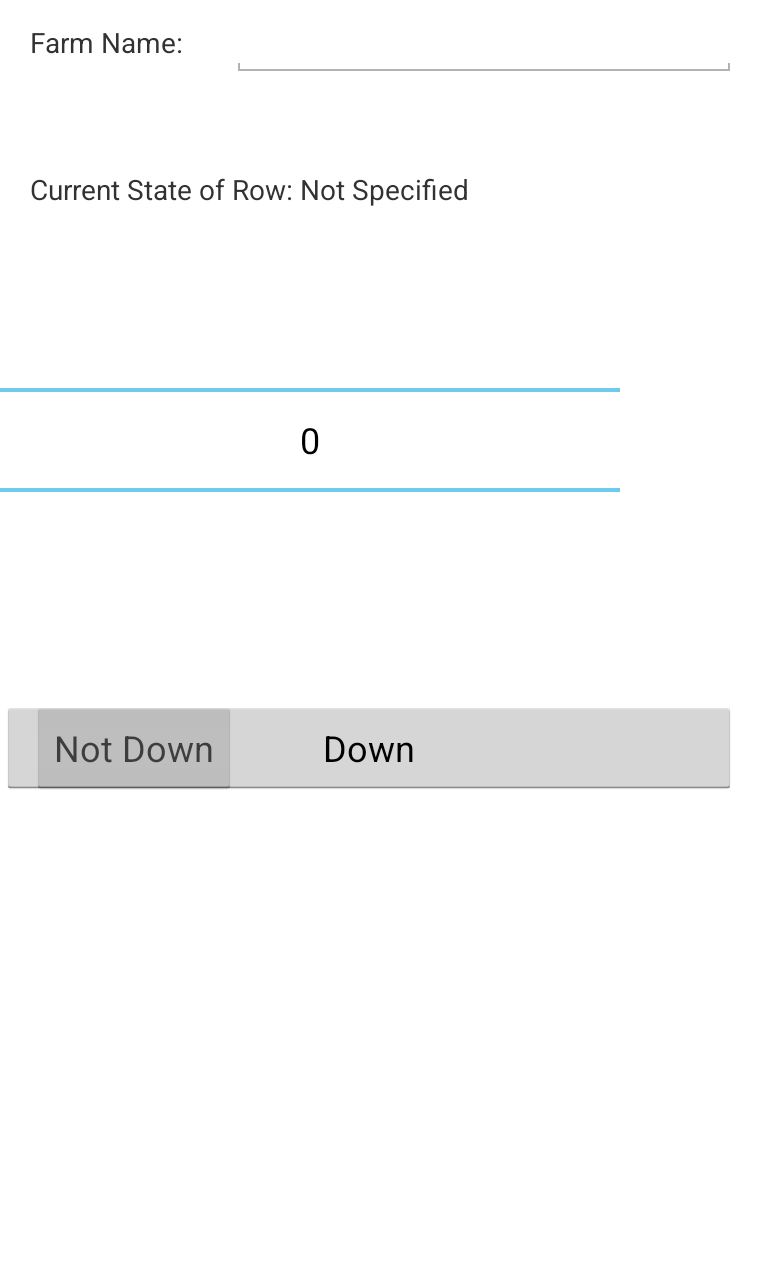
Repository: cokembel/FarmHand
Layout: FarmHand/res/layout/activity_main.xml
The author's editor kept a copy of each file at every save. The layout is drawn from the files as they stood at one save, then again after the next save.
It is drawn on a 768 x 1280 px phone screen (xhdpi) without system bars, with theme AppTheme; the app's code is not run.

Above is the layout before, as saved 2012-12-10 05:23:55.

After the next save:
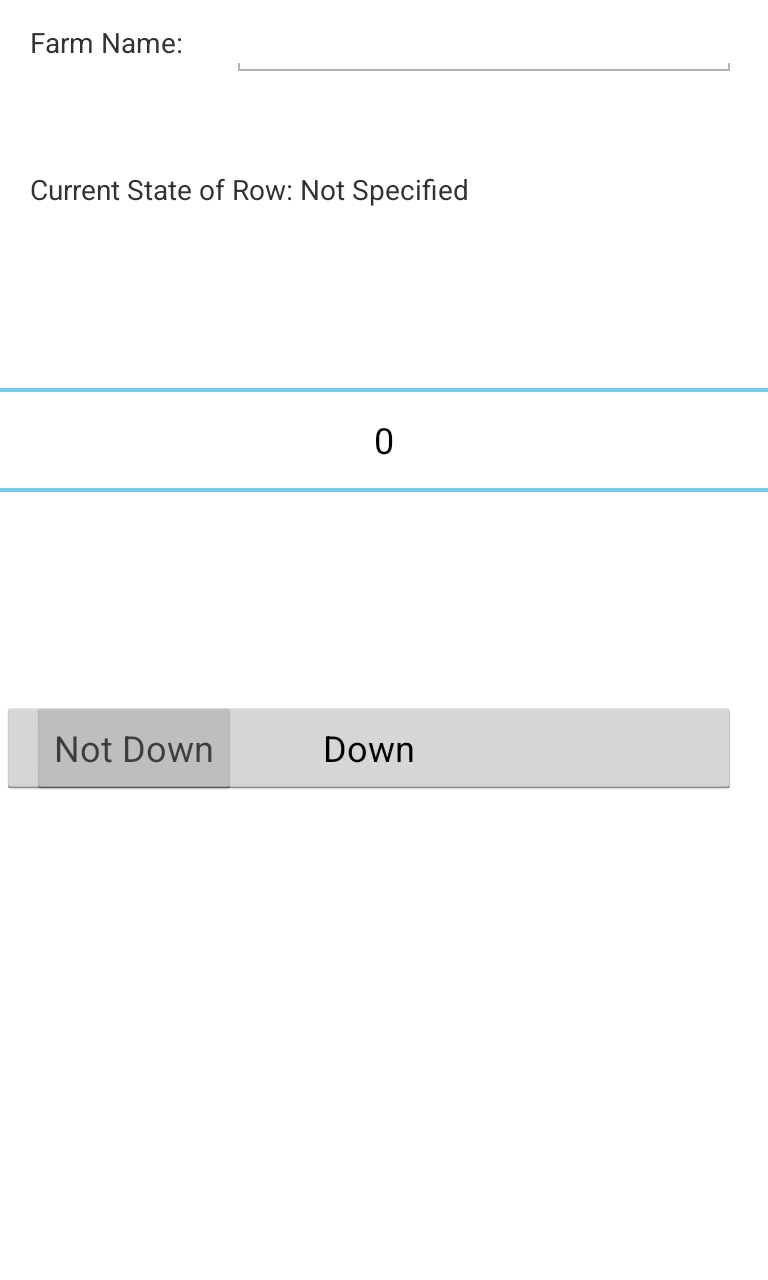
Saved 10 s later.
--- a/FarmHand/res/layout/activity_main.xml
+++ b/FarmHand/res/layout/activity_main.xml
@@ -68,7 +68,7 @@
                 android:id="@+id/row_number"
                 android:layout_marginTop="130dp"
                 android:layout_gravity="center_horizontal"
-                android:layout_marginRight="74dp"
+                android:layout_marginRight="50em"
                 android:layout_width="match_parent"
                 android:layout_height="match_parent"
                 android:layout_alignParentLeft="true"
